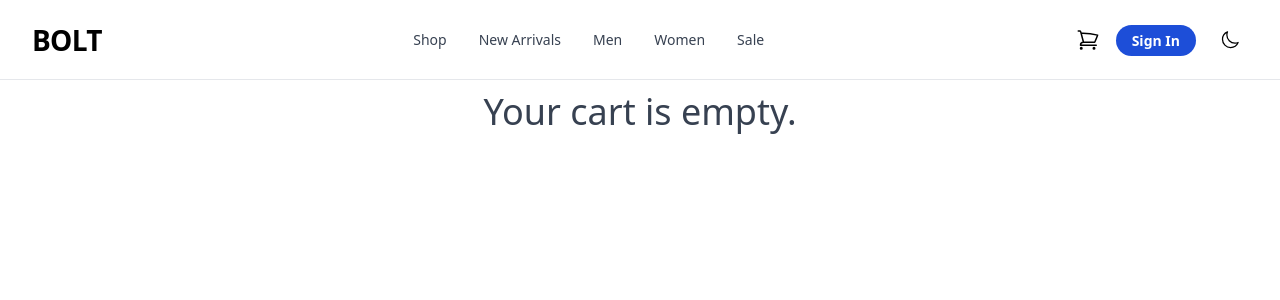
Repository: coder101-js/Ecommer-Store
Page: /Cart
An editor plug-in stored every save of this project. The page is shown before and after the next save, followed by the edit.
The browser window is 1280 px wide. The pictures show the whole page.
The project was rebuilt for these pictures with package versions that can differ from the ones it lists, and the page was loaded fresh each time. The framework's server and built-in components were replaced by stand-ins that run in the browser. Also part of the build but not shown: next.config.mjs.

Above is the page before, as saved 2025-07-19 20:23:32.

After the next save:
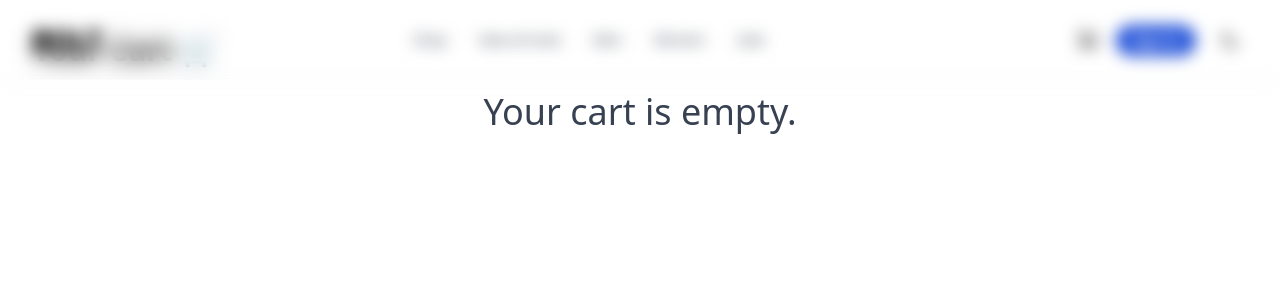
Saved 87 s later.
--- a/app/components/Navbar.jsx
+++ b/app/components/Navbar.jsx
@@ -55,7 +55,7 @@ export default function Navbar() {
     <>
       <motion.nav
         style={{ height }}
-        className="fixed top-0 left-0 w-full z-50 bg-white dark:bg-black border-b border-gray-200 dark:border-neutral-800 backdrop-blur transition-colors mb-4"
+        className="fixed top-0 left-0 w-full z-50 blur border-b border-gray-200 dark:border-neutral-800 backdrop-blur transition-colors mb-4"
       >
         <div className="max-w-7xl mx-auto px-4 sm:px-6 lg:px-8 flex justify-between items-center h-full">
           {/* Logo */}
